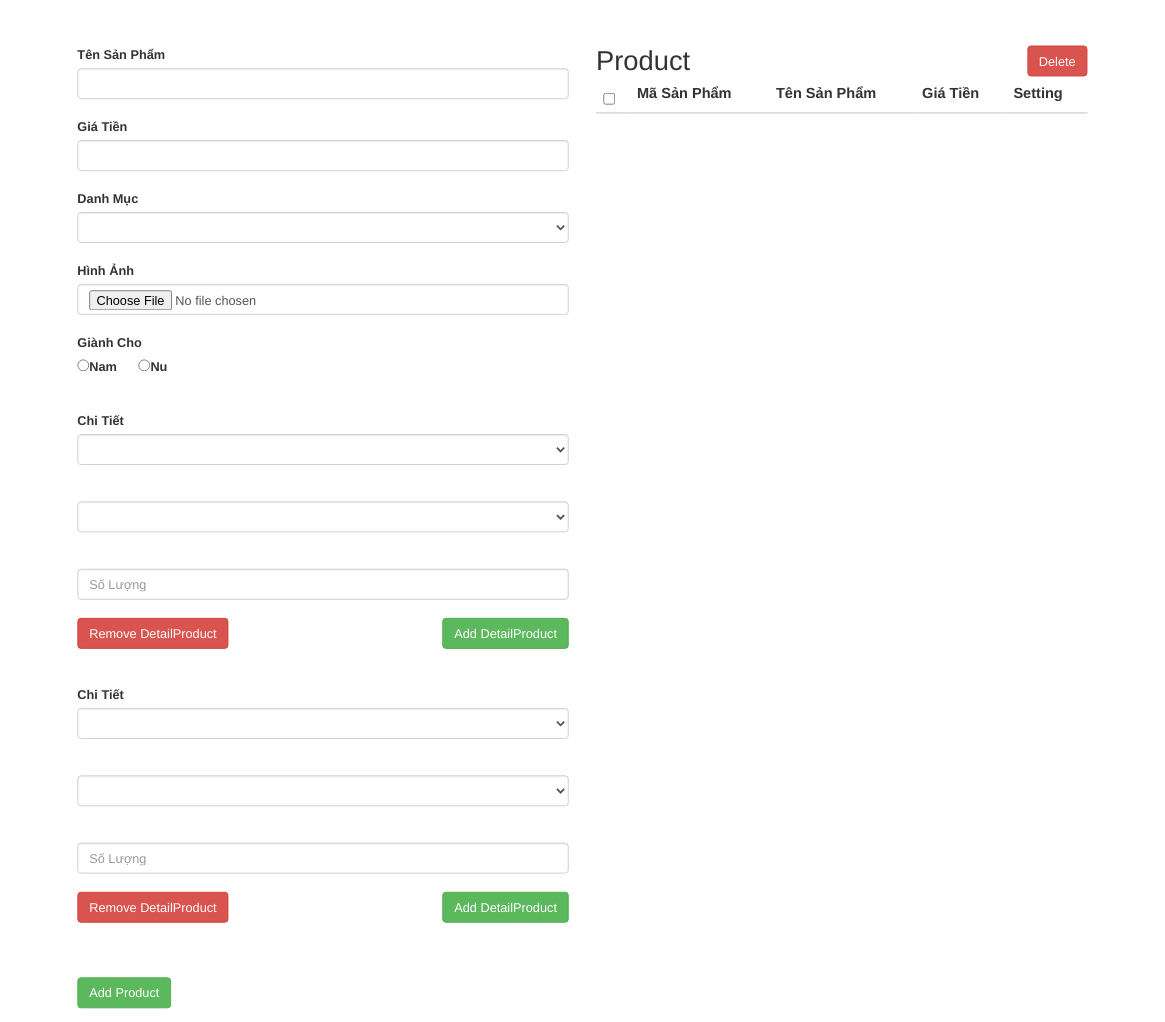
Repository: tiendungnguyen738/shoponline
Page: http://localhost/shoponline/WEB-INF/views/Product_Admin.jsp
An editor plug-in stored every save of this project. The page is shown before and after the next save, followed by the edit.
The browser window is 1280 px wide. The pictures show the whole page, at 91% of full size.
Some web libraries are served in a nearby version. The page is served by Tomcat 9. Nobody is signed in. Other server files are loaded and not shown. The template is opened directly, without the code that normally fills it, so the values that code supplies are empty.

Above is the page before, as saved 2019-09-23 09:49:30.

### shoponline/src/main/webapp/WEB-INF/views/Product_Admin.jsp
<%@ taglib prefix="c" uri="http://java.sun.com/jsp/jstl/core" %>
<%@ page contentType="text/html;charset=UTF-8" language="java" %>

<html>
<head>
    <title>Product-Manage</title>
    <meta charset="utf-8">
    <link rel="stylesheet" href="https://maxcdn.bootstrapcdn.com/bootstrap/3.4.0/css/bootstrap.min.css">
</head>
<body>
    <div class="container" style="margin-top: 50px;">

            <div class="col-md-6 col-sm-12 form-group">
                <form id="form-sanpham">
                    <label>Tên Sản Phẩm</label>
                    <input type="text" class="form-control" id="tenSanPham" name="tenSanPham"></br>

                    <label>Giá Tiền</label>
                    <input type="text" class="form-control" id="giaTien" name="giaTien"></br>

                    <label for="danhmucsanpham">Danh Mục</label><br>
                    <select id="danhmucsanpham" name="danhmucsanpham" class="form-control">
                       <%--  <c:forEach items="${categoryList}" var="categoryList">
                            <option value="${categoryList.category_id}">${categoryList.category_name}</option>
                        </c:forEach> --%>
                    </select><br/>

                    <label>Hình Ảnh</label>
                    <input type="file" class="form-control" id="uploadhinhanh" name="uploadhinhanh"></br>

                    <label>Giành Cho</label></br>
                    <label>
                        <input type="radio" name="gianhcho" value="nam" id="radioName">Nam
                    </label>

                    <label style="margin-left: 20px;">
                        <input type="radio" name="gianhcho" value="nu" id="radioNu">Nu
                    </label><br/><br/>
                </form>
                    <div id="containerChitietsanpham">

                        <div class="chitietsanpham">
                            <label>Chi Tiết</label></br>

                            <select name="size" class="form-control">
                               <%--  <c:forEach items="${sizeList}" var="sizeList">
                                    <option value="${sizeList.id}">${sizeList.sizeName}</option>
                                </c:forEach> --%>
                            </select></br></br>

                            <select name="mau" class="form-control">
                               <%--  <c:forEach items="${colorList}" var="colorList">
                                    <option value="${colorList.id}">${colorList.colorName}</option>
                                </c:forEach> --%>
                            </select></br></br>

                            <input type="number" name="soluong" class="form-control" placeholder="Số Lượng"/></br>
                            <button type="button" class="btn btn-danger btn-remove" style="display: inline;">Remove DetailProduct</button>
                            <button type="button" class="btn btn-success btn-detail" style="float:right;display: inline;">Add DetailProduct</button></br>
                        </div></br></br>
                    </div>

                        <div class="chitietsanpham" id="idChiTietSanPham">
                            <label>Chi Tiết</label></br>

                            <select name="size" class="form-control" id="size1">
                               <%--  <c:forEach items="${sizeList}" var="sizeList">
                                    <option value="${sizeList.id}">${sizeList.sizeName}</option>
                                </c:forEach> --%>
                            </select></br></br>

                            <select name="mau" class="form-control" id="mau1">
                               <%--  <c:forEach items="${colorList}" var="colorList">
                                    <option value="${colorList.id}">${colorList.colorName}</option>
                                </c:forEach> --%>
                            </select></br></br>

                            <input type="number" name="soluong" id="soLuong1" class="form-control" placeholder="Số Lượng"/></br>
                            <button type="button" class="btn btn-danger btn-remove" style="display: inline;">Remove DetailProduct</button>
                            <button type="button" class="btn btn-success btn-detail" style="float:right;display: inline;">Add DetailProduct</button></br><br/>
                            <button type="button" class="btn btn-dark hide" id="cancel">Cancel</button>
                            <button type="button" class="btn btn-primary hide capNhatSanPham" id="capNhatSanPham">Update Product</button>
                        </div></br></br>
                    <button id="btn-themSanPham" type="button" class="btn btn-success">Add Product</button>

            </div>
        <div class="col-md-6 col-sm-12">
            <div>
                <h2 style="display: inline;">Product</h2>
                <button type="button" class="btn btn-danger" id="button-delete" style="float:right;display: inline;">Delete</button>
            </div>
            <table class="table table-hover" id="table-product">
                <thead>
                <tr>
                    <th><input type="checkbox" class="AllCheckBox" id="allBox"></th>
                    <th>Mã Sản Phẩm</th>
                    <th>Tên Sản Phẩm</th>
                    <th>Giá Tiền</th>
                    <th>Setting</th>
                </tr>
                </thead>
                <tbody>
             <c:forEach items="${productList1}" var="pro">
                    <tr>
                        <td><input type="checkbox" value="${pro.id}" name="sport"/></td>
                        <td>${pro.id}</td>
                        <td>${pro.productName}</td>
                        <td>${pro.price}</td>
                        <td><button type="button" class="btn btn-warning" value="${pro.id}" id="editProduct">Edit</button></td>
                    </tr>
                </c:forEach>
                </tbody>
            </table>
            <ul style="display: inline;list-style-type: none;" class="pagination">
                <c:forEach begin="1" end="${tongSoTrang}" var="trangThu">
                     <li style="display: inline;margin-left: -6%;" class="page-item">
                         <a href="/shoponline/admin-product/${trangThu}" class="page" style="padding: 7px 10px;border-radius: 5px; border:1px blue solid;"><c:out value="${trangThu}"/></a>
                     </li>
                </c:forEach>
            </ul>
        </div>
    </div>
</body>

<script src="http://code.jquery.com/jquery-1.9.1.js"></script>
<script src="http://malsup.github.com/jquery.form.js"></script>
<script type="text/javascript" src="<c:url value='/resources/js/productManage.js'/>"></script>

</html>

Loaded but not shown: shoponline/src/main/webapp/resources/js/productManage.js (no copy from this time; the picture is the same without it)

After the next save:
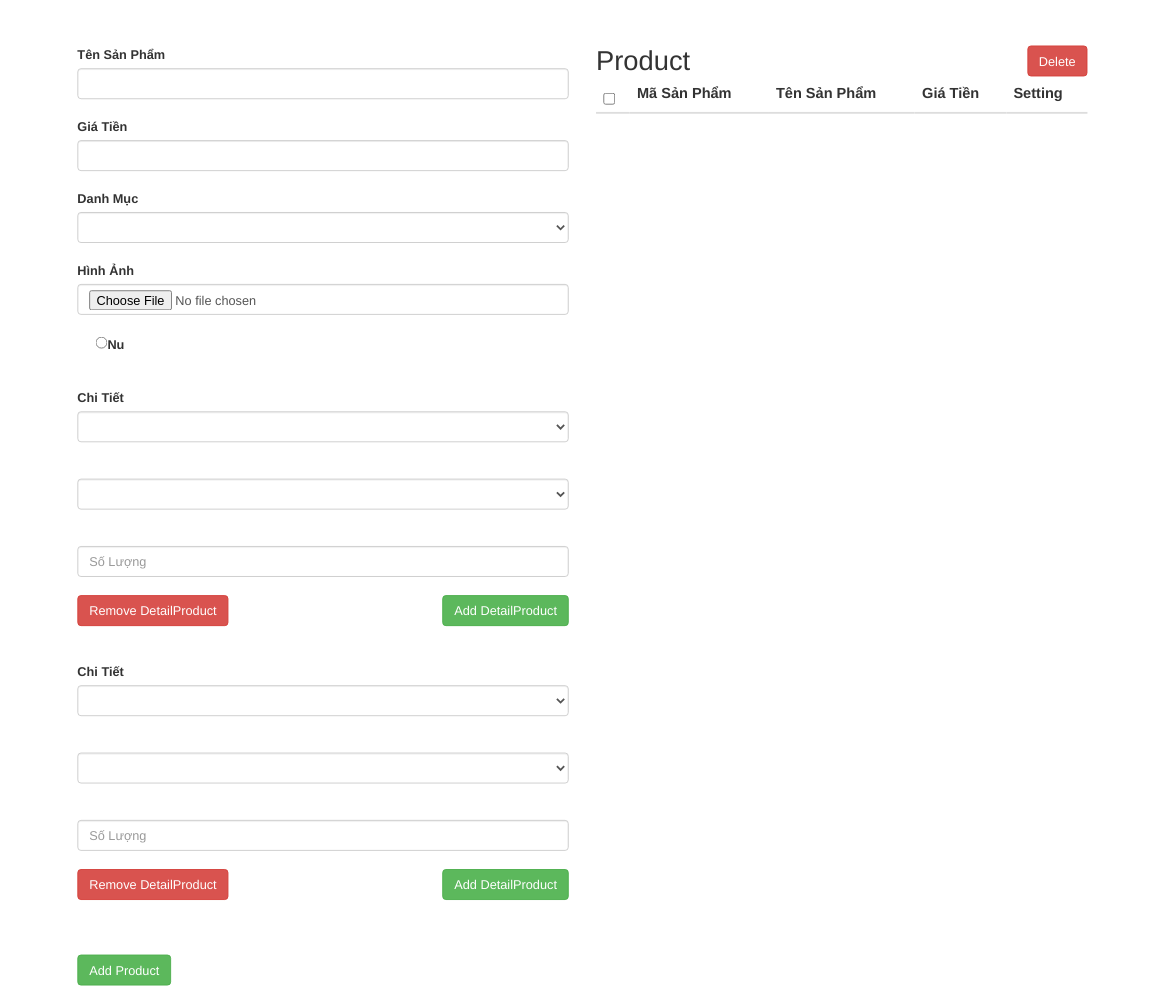
Saved 3 h 9 min later.
--- a/shoponline/src/main/webapp/WEB-INF/views/Product_Admin.jsp
+++ b/shoponline/src/main/webapp/WEB-INF/views/Product_Admin.jsp
@@ -27,11 +27,6 @@
 
                     <label>Hình Ảnh</label>
                     <input type="file" class="form-control" id="uploadhinhanh" name="uploadhinhanh"></br>
-
-                    <label>Giành Cho</label></br>
-                    <label>
-                        <input type="radio" name="gianhcho" value="nam" id="radioName">Nam
-                    </label>
 
                     <label style="margin-left: 20px;">
                         <input type="radio" name="gianhcho" value="nu" id="radioNu">Nu
